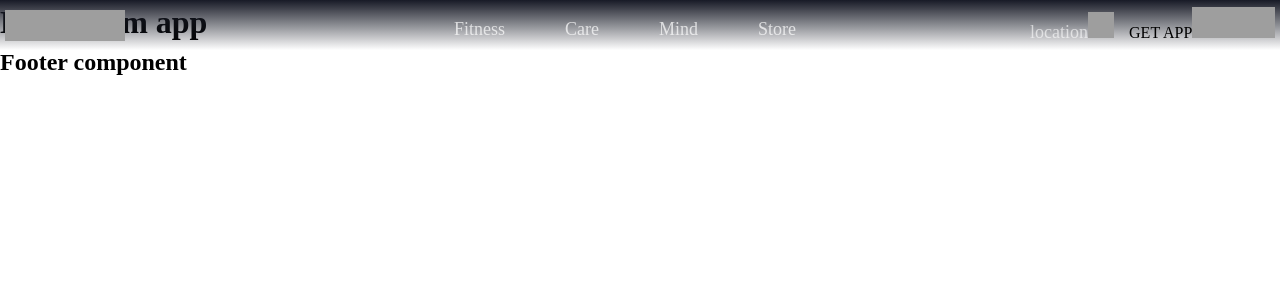
Repository: 1sanjeetsharma/cult-fit-clone
Page: /
These files come from the project's save history. The page is drawn as it stood at one moment and after the next save; the edit follows.
The browser window is 1280 px wide. The pictures show the whole page.
Pictures or frames that could not be fetched are drawn as grey boxes. Some web fonts or font styles are not loaded; a fallback is used. The project was rebuilt for these pictures with package versions that can differ from the ones it lists, and the page was loaded fresh each time. Also part of the build but not shown: vite.config.js.

Above is the page before, as saved 2023-07-25 11:25:42.

After the next save:
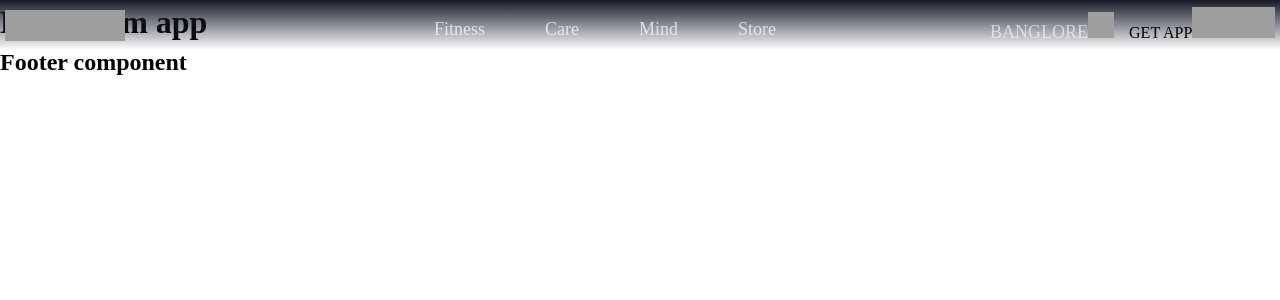
Saved 29 s later.
--- a/src/components/body/Navbar/Navbar.jsx
+++ b/src/components/body/Navbar/Navbar.jsx
@@ -21,7 +21,7 @@ const Navbar = () => {
 					</div>
 					<div>
 						<button className="location">
-							location
+							BANGLORE
 							<img
 								src="https://cdn-images.cure.fit/www-curefit-com/image/upload/c_fill,w_26,q_auto:eco,dpr_2,f_auto,fl_progressive/image/test/header/location.png"
 								width={"26px"}
